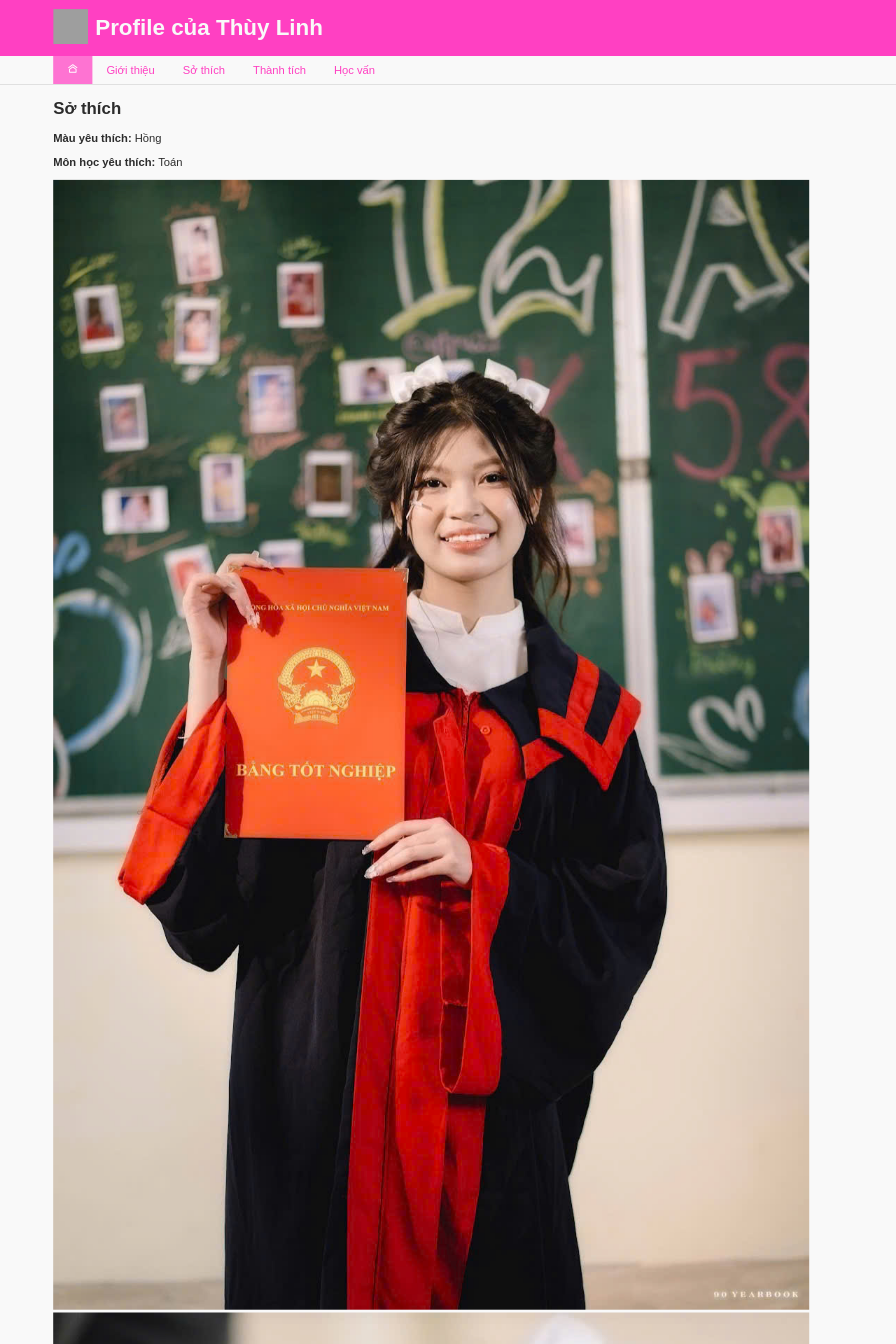
Repository: DucLong-PD07979/profile-vu-thuy-linh
Page: so-thich.html
An editor plug-in stored every save of this project. The page is shown before and after the next save, followed by the edit.
The browser window is 1280 px wide. The pictures show the part of the page from y = 0 to 1920 px (the page is 5269 px tall before and 14929 px after), at 70% of full size.
Pictures or frames that could not be fetched are drawn as grey boxes.

Above is the page before, as saved 2025-03-13 21:22:23.
Not found: script.js

After the next save:
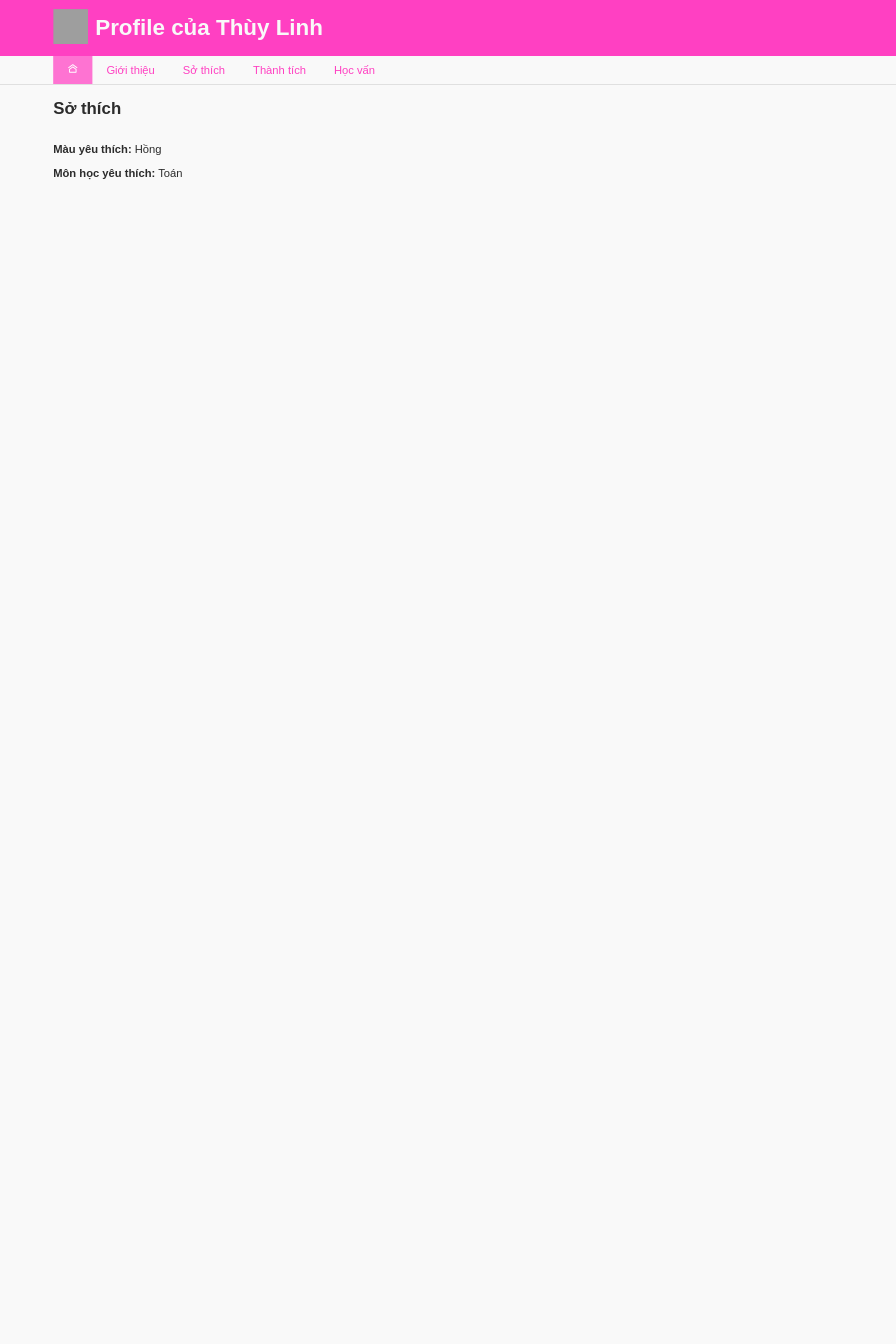
Saved 34 s later.
--- a/css/main.css
+++ b/css/main.css
@@ -223,6 +223,14 @@ nav ul li:hover .menu-children {
     padding: 20px 0;
 }
 
+/* sở thích */
+.hobbies-section-content {
+    display: flex;
+    gap: 10px;
+    display: grid;
+    grid-template-rows: 1fr 1fr 1fr;
+}
+
 footer {
     background-color: #ff40c2;
     color: white;
